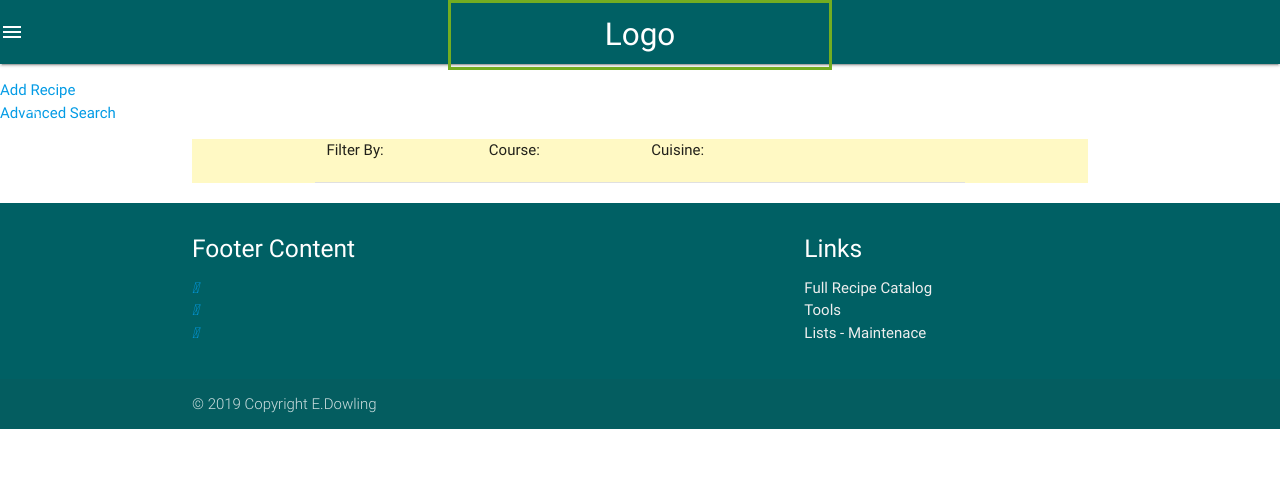
Repository: eldowling/lets-cook-together
Page: http://localhost/get_catalog?course=breakfast
The author's editor kept a record of every edit. The page is drawn from the files as they stood at one moment, then again after the next edit.
The browser window is 1280 px wide. The pictures show the whole page.
Some web libraries are served in a nearby version. The page is served by the project's application, run on Flask 3 (app.py). Queries for data that is not in the repository find no rows.

Above is the page before.
Console error: TypeError: $(...).sidenav is not a function

After the next edit:
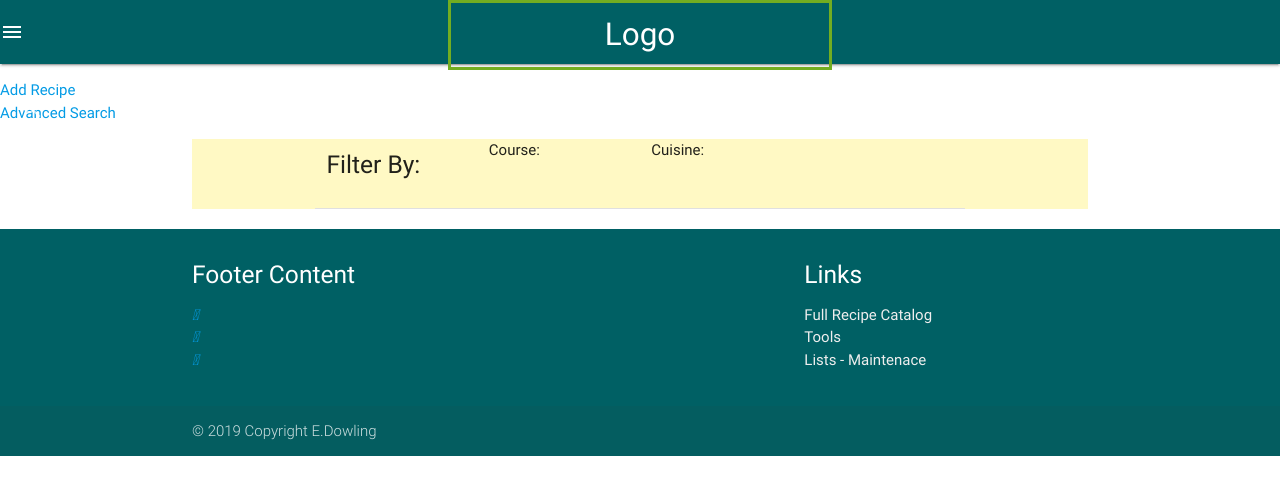
The edit:
--- a/templates/catalog.html
+++ b/templates/catalog.html
@@ -3,7 +3,7 @@
 <div class="container">
   <div class="row">
     <div class="col s3">
-      Filter By:
+      <h5>Filter By:</h5>
     </div>
     <div class="col s3">
       Course:
